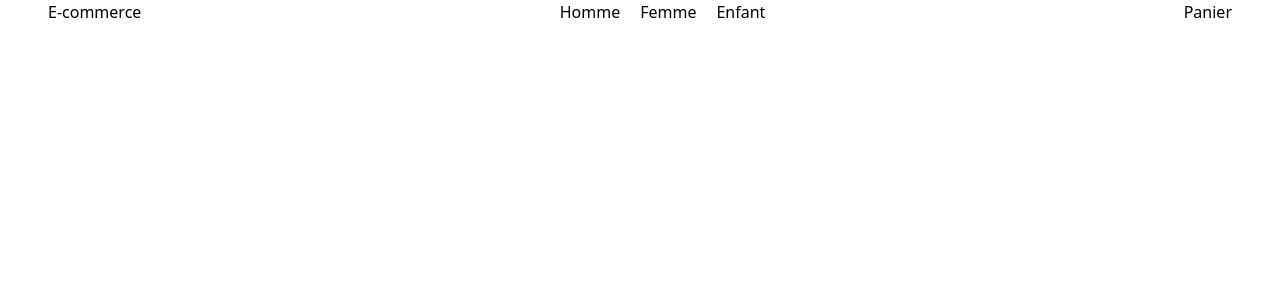
Repository: Adrien-legeleu/e-commerce
Page: / (app in frontend/)
An editor plug-in stored every save of this project. The page is shown before and after the next save, followed by the edit.
The browser window is 1280 px wide. The pictures show the whole page.
The project was rebuilt for these pictures with package versions that can differ from the ones it lists, and the page was loaded fresh each time. Also part of the build but not shown: frontend/vite.config.ts.

Above is the page before, as saved 2024-05-17 17:41:41.

### frontend/index.html
<!doctype html>
<html lang="en">
  <head>
    <meta charset="UTF-8" />
    <link rel="icon" type="image/svg+xml" href="/vite.svg" />
    <meta name="viewport" content="width=device-width, initial-scale=1.0" />
    <title>E-commerce</title>
  </head>
  <body>
    <div id="root"></div>
    <script type="module" src="/src/main.tsx"></script>
  </body>
</html>

### frontend/src/App.tsx
import { Header } from "./components";

const App = () => {
  return (
    <div>
      <Header />
    </div>
  );
};

export default App;

### frontend/src/components/Header.tsx
export const Header = () => {
  return (
    <div className="px-12 w-full  flex  justify-between items-center">
      <div className="">
        <h1>E-commerce</h1>
      </div>
      <ul className="flex items-center justify-between gap-5">
        <li>Homme</li>
        <li>Femme</li>
        <li>Enfant</li>
      </ul>
      <div>
        <button>Panier</button>
      </div>
    </div>
  );
};

Loaded but not shown: frontend/src/main.tsx (common file); frontend/src/index.css (common file); frontend/src/components/index.ts (common file); frontend/tailwind.config.js (common file)

After the next save:
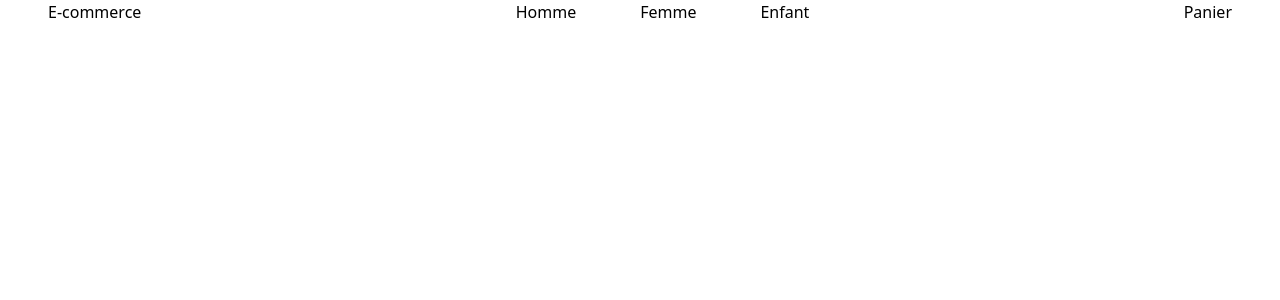
Saved 7 s later.
--- a/frontend/src/components/Header.tsx
+++ b/frontend/src/components/Header.tsx
@@ -4,7 +4,7 @@ export const Header = () => {
       <div className="">
         <h1>E-commerce</h1>
       </div>
-      <ul className="flex items-center justify-between gap-5">
+      <ul className="flex items-center  gap-16">
         <li>Homme</li>
         <li>Femme</li>
         <li>Enfant</li>
